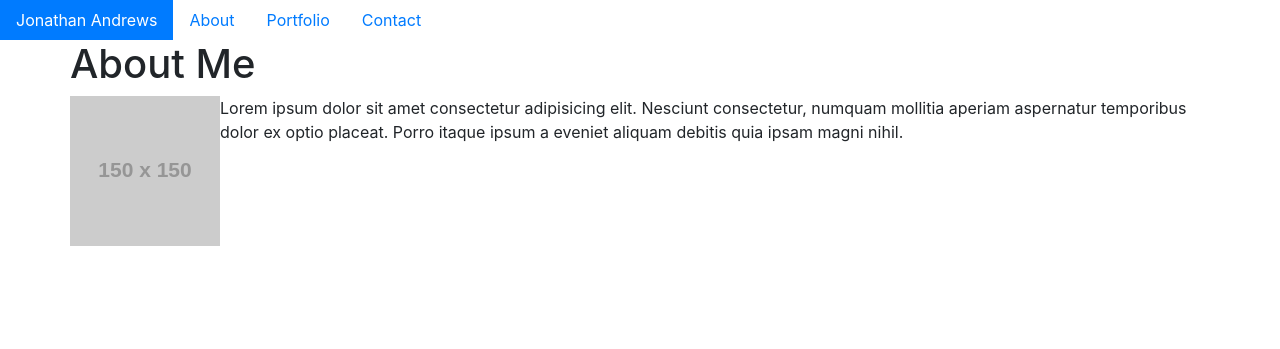
Repository: ionathas78/ionathas78.github.io
Page: index.html
These files come from the project's save history. The page is drawn as it stood at one moment and after the next save; the edit follows.
The browser window is 1280 px wide. The pictures show the whole page.

Above is the page before, as saved 2020-03-14 20:45:06.

After the next save:
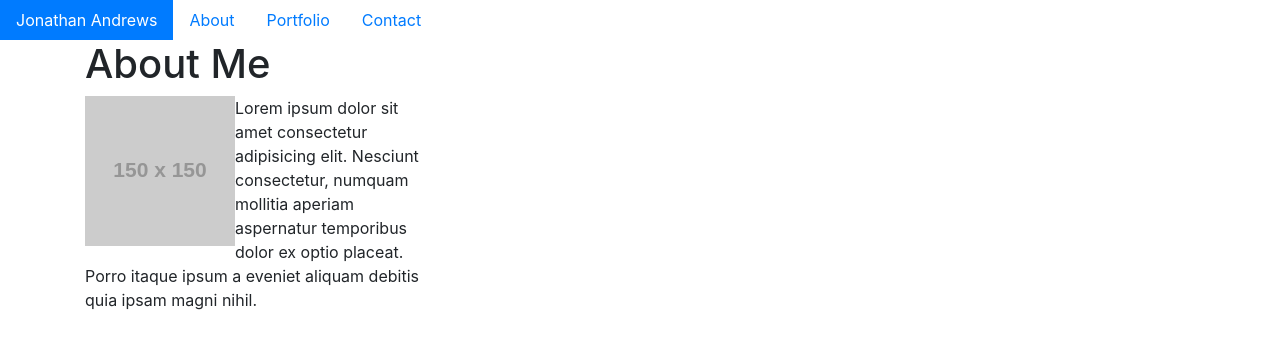
Saved 35 s later.
--- a/index.html
+++ b/index.html
@@ -27,7 +27,7 @@
 
     <div class="container">
         <div class="row">
-            <div "col-lg-4">
+            <div class="col-lg-4">
                 <h1>About Me</h1>
                 <img
                     src="https://via.placeholder.com/150"
